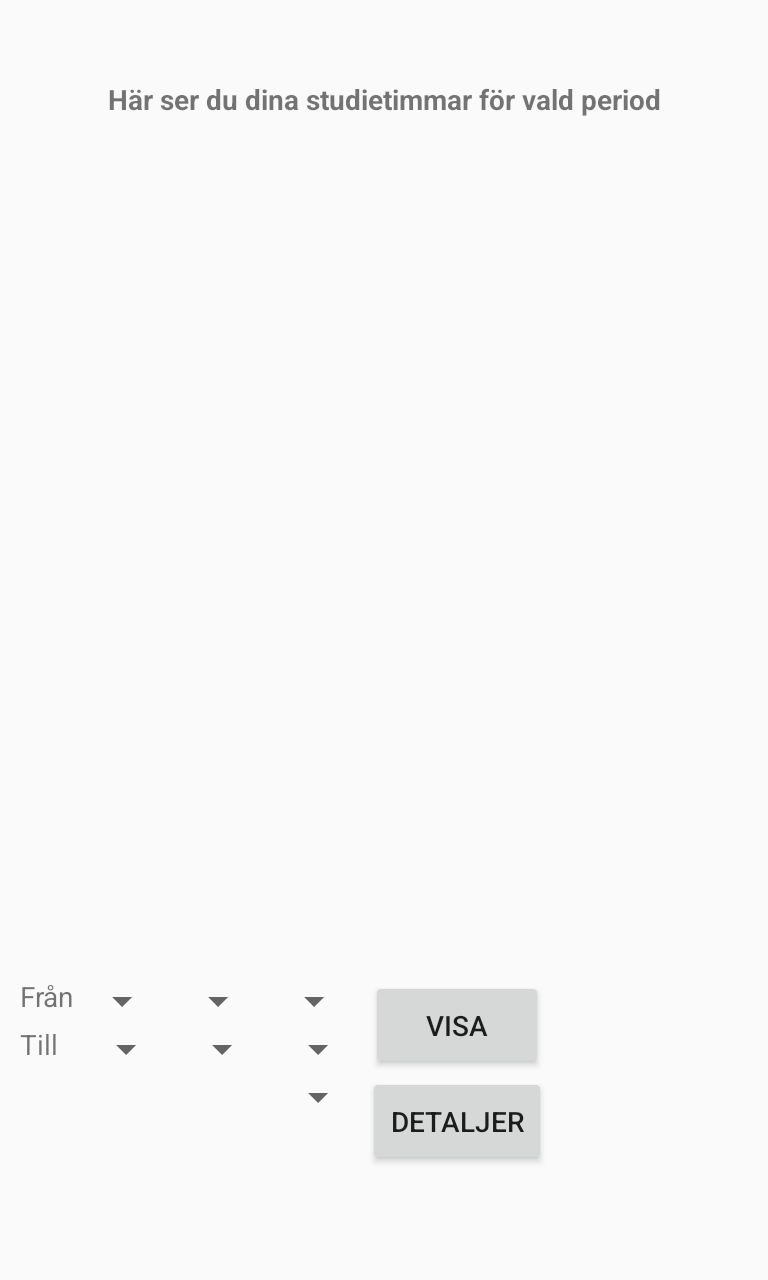
Repository: Dinova/Studiekoll
Layout: Studiekoll/Studiekoll/res/layout/fragment_graph.xml
The author's editor kept a copy of each file at every save. The layout is drawn from the files as they stood at one save, then again after the next save.
It is drawn on a 768 x 1280 px phone screen (xhdpi) without system bars, with theme AppTheme; the app's code is not run.

Above is the layout before, as saved 2014-05-20 10:46:02.

After the next save:
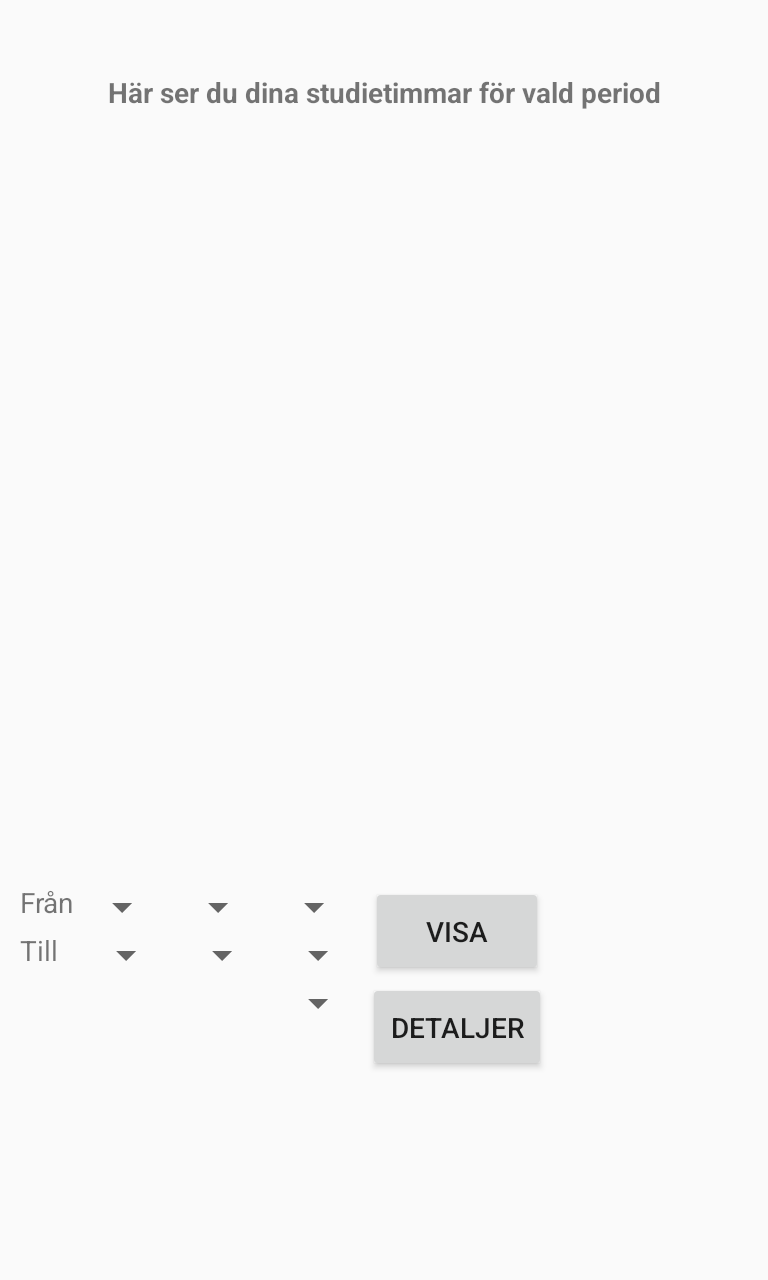
Saved 55 s later.
--- a/Studiekoll/Studiekoll/res/layout/fragment_graph.xml
+++ b/Studiekoll/Studiekoll/res/layout/fragment_graph.xml
@@ -33,7 +33,7 @@
     <LinearLayout
         android:layout_width="wrap_content"
         android:layout_height="0dp"
-        android:layout_weight="2"
+        android:layout_weight="3"
         android:orientation="horizontal" >
 
         <!-- Date/category control layout -->
